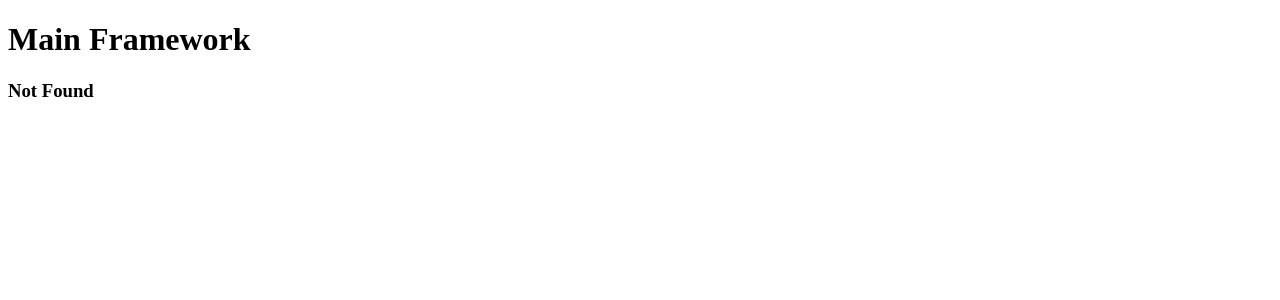
Repository: GregorPiev/angularjs-add-book
Page: index.html
The author's editor kept a copy of each file at every save. The page is drawn from the files as they stood at one save, then again after the next save.
The browser window is 1280 px wide. The pictures show the whole page.

Above is the page before, as saved 2020-09-23 16:07:30.

### index.html
<!DOCTYPE html>
<html lang="en" ng-app="addBook">
	<head>
		<meta charset="UTF-8" />
		<meta name="viewport" content="width=device-width, initial-scale=1.0" />
		<title>Add Book - Test AngularJS</title>
		<base href="/" />
		<link href="node_modules/bootstrap/dist/css/bootstrap.min.css" />
	</head>
	<body>
		<main></main>
		<genre></genre>
		<div ng-view></div>
		<script src="node_modules/angular/angular.min.js"></script>
		<script src="node_modules/angular-route/angular-route.min.js"></script>
		<script src="node_modules/angular-resource/angular-resource.min.js"></script>

		<script src="app/app.module.js"></script>
		<script src="app/app.config.js"></script>

		<script src="app/main/main.module.js"></script>
		<script src="app/main/main.component.js"></script>
		<script src="app/main/component/main.controller.js"></script>

		<script src="app/genre/genre.module.js"></script>
		<script src="app/genre/genre.component.js"></script>
		<script src="app/genre/component/genre.controller.js"></script>

		<script src="app/subgenre/subgenre.module.js"></script>
		<script src="app/subgenre/subgenre.component.js"></script>
		<script src="app/subgenre/component/subgenre.controller.js"></script>

		<script src="app/add-subgenre/add-subgenre.module.js"></script>
		<script src="app/add-subgenre/add-subgenre.component.js"></script>
		<script src="app/add-subgenre/component/add-subgenre.controller.js"></script>

		<script src="app/add-book/add-book.module.js"></script>
		<script src="app/add-book/add-book.component.js"></script>
		<script src="app/add-book/component/add-book.controller.js"></script>

		<!-- <script src="app/service/service.module.js"></script>
		<script src="app/service/service.service.js"></script> -->
	</body>
</html>

### app/app.module.js
'use strict'
angular.module('addBook', [
    'ngRoute',
    'ngResource',

    'main',
    'genre',
    'subgenre',
    'addSubgenre',
    'addBookItem'
]);

### app/app.config.js
'use strict'
angular.module('addBook')
    .config(function (
        $locationProvider,
        $routeProvider
    ) {
        console.info("Config");
        $locationProvider.html5Mode({ enabled: true });
        $routeProvider
            .when('/', {
                template: "<genre></genre>"
            })
            .when('/subgenre/:id', {
                template: '<subgenre></subgenre>'
            })
            .when('/add-subgenre/:id', {
                template: '<add-subgenre></add-subgenre>'
            })
            .when('/add-book', {
                template: '<add-book></add-book>'
            })
            .otherwise({
                template: '<h3>Not Found</h3>'
            })
    });

### app/main/main.module.js
'use strict'
angular.module('main', []);

### app/main/main.component.js
angular.module('main')
    .component('main', {
        templateUrl: '/app/main/component/main.template.html',
        controller: 'mainController',
        controllerAs: 'Main'
    })

### app/main/component/main.controller.js
'use strict'
angular.module('main')
    .controller('mainController', function ($scope) {
        $scope.title = 'Main Framework'
    })

### app/genre/genre.module.js
'use strict'
angular.module('genre', []);

### app/genre/genre.component.js
angular.module('genre')
    .component('genreComponent', {
        templateUrl: '/app/genre/component/genre.template.html',
        controller: 'genreController',
        controllerAs: 'Genre'
    })

### app/genre/component/genre.controller.js
angular.module('genre')
    .controller('genreController', function ($scope) {
        $scope.title = 'Genre fgdfgdfgdf';
        console.log('genreController');

    })

### app/subgenre/subgenre.module.js
'use strict'
angular.module('subgenre', []);

### app/subgenre/subgenre.component.js
angular.module('subgenre')
    .component('subgenreComponent', {
        templateUrl: '/app/subgenre/component/subgenre.template.html',
        controller: 'subgenreController',
        controllerAs: 'Subgenre'
    })

### app/subgenre/component/subgenre.controller.js
angular.module('subgenre')
    .controller('subgenreController', function ($scope, $routeParams) {
        var id = $routeParams.id;
        $scope.title = `SubGenre ${id}`;
    })

### app/add-subgenre/add-subgenre.module.js
'use strict'
angular.module('addSubgenre', []);

### app/add-subgenre/add-subgenre.component.js
'use strict'
angular.module('addSubgenre')
    .component('addSubgenreComponent', {
        templateUrl: '/app/add-subgenre/component/add-subgenre.template.html',
        controller: 'addSubgenreController',
        controllerAs: 'AddSubgenre'
    })

### app/add-subgenre/component/add-subgenre.controller.js
'use strict'
angular.module('addSubgenre')
    .controller('addSubgenreController', function ($scope, $routeParams) {
        var id = $routeParams.id;
        $scope.title = `Add Subgenre: ${id}`;
    });

### app/add-book/add-book.module.js
'use strict'
angular.module('addBookItem', []);

### app/add-book/add-book.component.js
'use strict'
angular.module('addBookItem')
    .component('addBookItemComponent', {
        templateUrl: '/app/add-book/component/add-book.template.html',
        controller: 'addBookItemController',
        controllerAs: 'AddBookItem'
    });

### app/add-book/component/add-book.controller.js
'use strict'
angular.module('addBookItem')
    .controller('addBookItemController', function ($scope, $routeParams) {
        $scope.title = 'Add Book'
    });

Loaded but not shown: node_modules/angular/angular.min.js (library); node_modules/angular-route/angular-route.min.js (library); node_modules/angular-resource/angular-resource.min.js (library); app/main/component/main.template.html (common file)

After the next save:
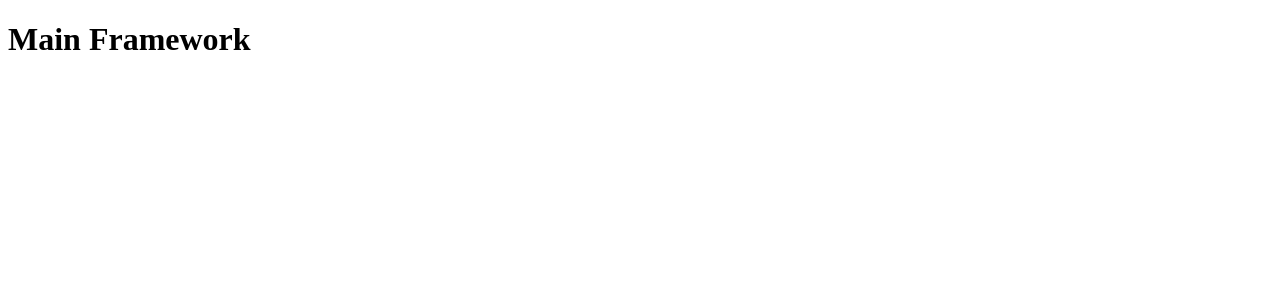
Saved 5 s later.
--- a/index.html
+++ b/index.html
@@ -10,7 +10,7 @@
 	<body>
 		<main></main>
 		<genre></genre>
-		<div ng-view></div>
+		<!-- <div ng-view></div> -->
 		<script src="node_modules/angular/angular.min.js"></script>
 		<script src="node_modules/angular-route/angular-route.min.js"></script>
 		<script src="node_modules/angular-resource/angular-resource.min.js"></script>
